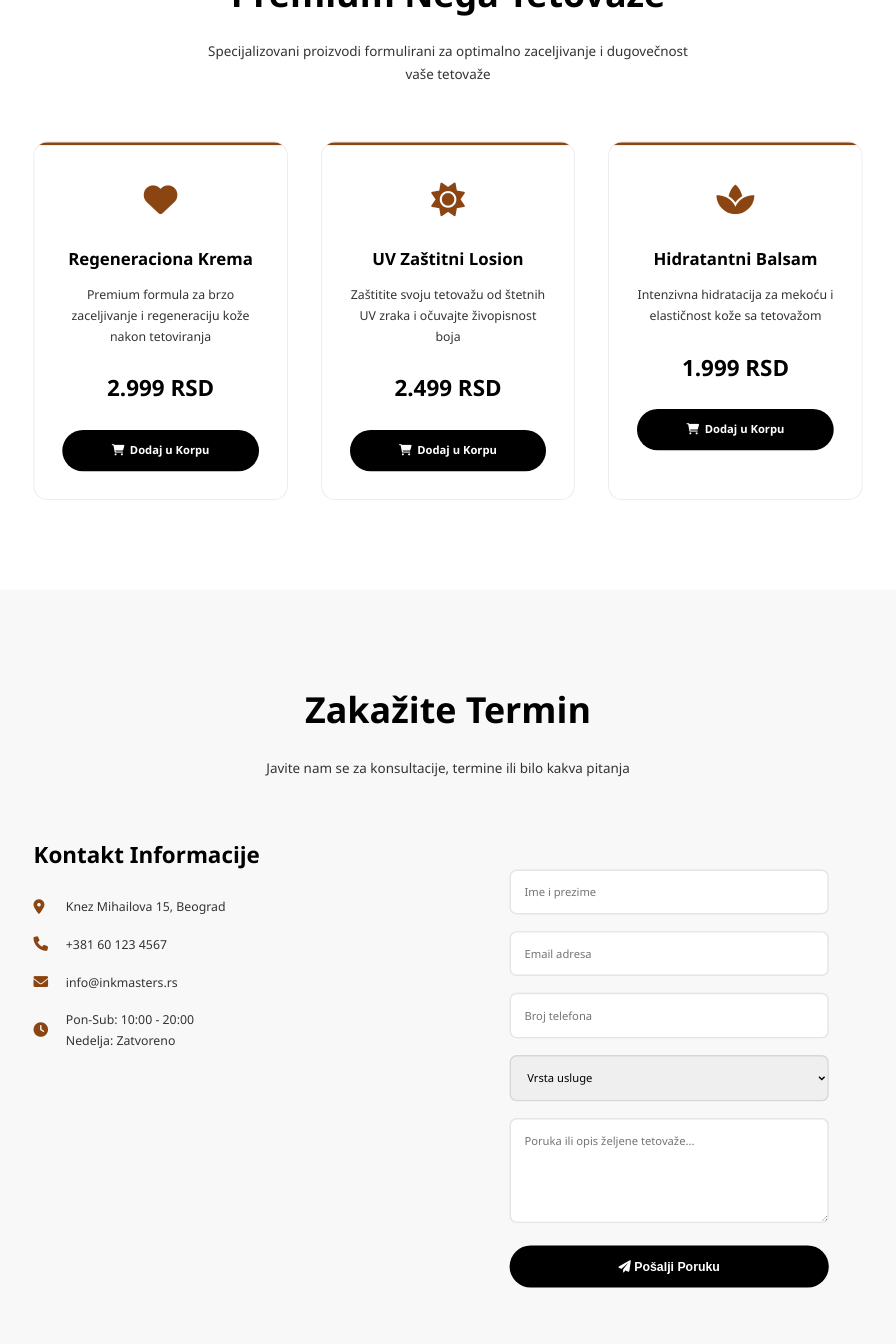
Repository: valemima/tattoo-website
Page: index.html
The author's editor kept a copy of each file at every save. The page is drawn from the files as they stood at one save, then again after the next save.
The browser window is 1280 px wide. The pictures show the part of the page from y = 2726 to 4646 px (the page is 5204 px tall before and 5968 px after), at 70% of full size.
Backgrounds fixed to the window are drawn as part of the page.

Above is the page before, as saved 2025-11-29 20:38:31.

After the next save:
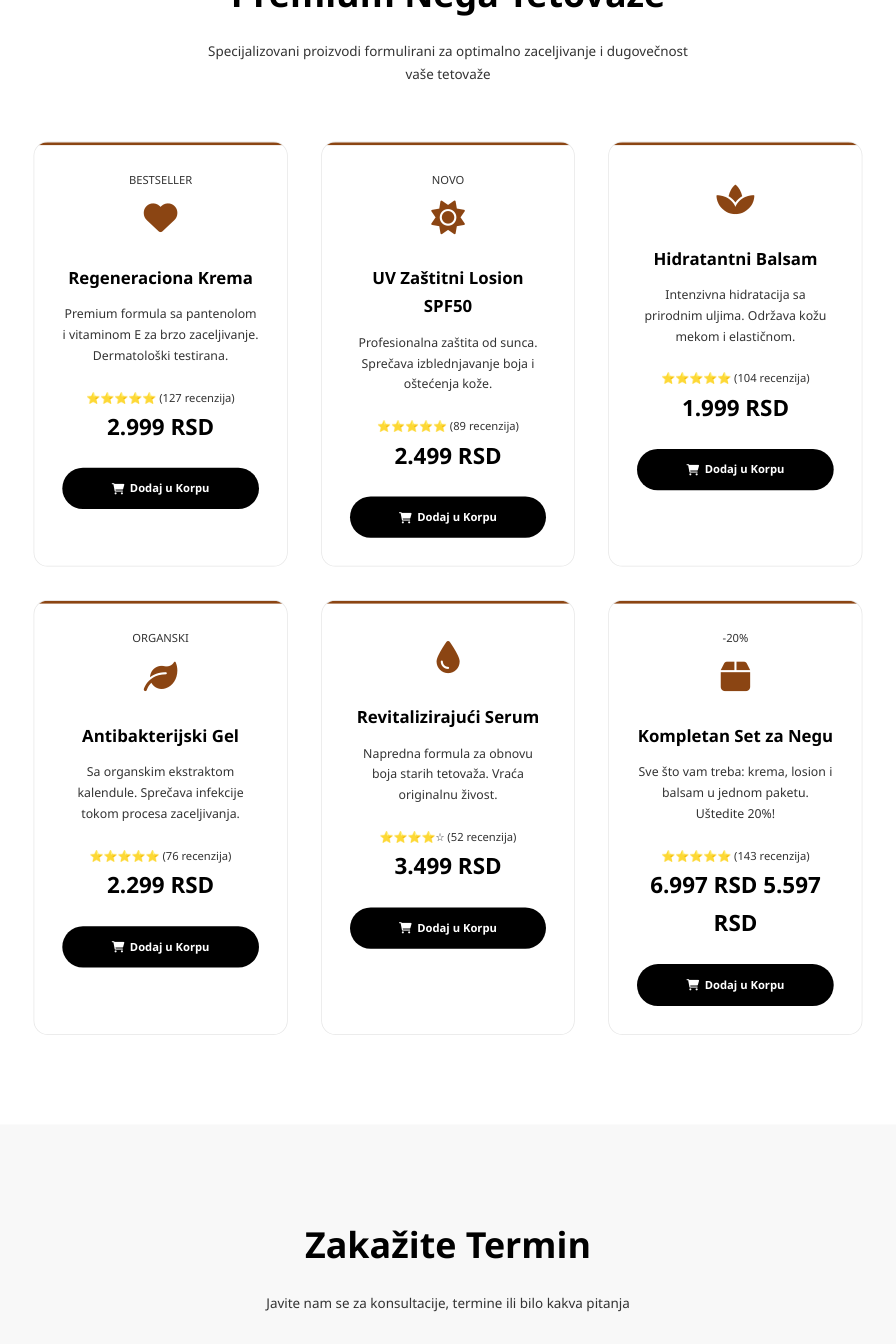
Saved 33 s later.
--- a/index.html
+++ b/index.html
@@ -530,12 +530,14 @@
             <p>Specijalizovani proizvodi formulirani za optimalno zaceljivanje i dugovečnost vaše tetovaže</p>
         </div>
         <div class="products-grid">
-            <div class="product-card">
+            <div class="product-card bestseller">
+                <div class="badge">BESTSELLER</div>
                 <div class="product-icon">
                     <i class="fas fa-heart"></i>
                 </div>
                 <h3>Regeneraciona Krema</h3>
-                <p>Premium formula za brzo zaceljivanje i regeneraciju kože nakon tetoviranja</p>
+                <p>Premium formula sa pantenolom i vitaminom E za brzo zaceljivanje. Dermatološki testirana.</p>
+                <div class="rating">⭐⭐⭐⭐⭐ <span>(127 recenzija)</span></div>
                 <div class="price">2.999 RSD</div>
                 <a href="#" class="buy-button">
                     <i class="fas fa-shopping-cart"></i>
@@ -543,11 +545,13 @@
                 </a>
             </div>
             <div class="product-card">
+                <div class="badge new">NOVO</div>
                 <div class="product-icon">
                     <i class="fas fa-sun"></i>
                 </div>
-                <h3>UV Zaštitni Losion</h3>
-                <p>Zaštitite svoju tetovažu od štetnih UV zraka i očuvajte živopisnost boja</p>
+                <h3>UV Zaštitni Losion SPF50</h3>
+                <p>Profesionalna zaštita od sunca. Sprečava izblednјavanje boja i oštećenja kože.</p>
+                <div class="rating">⭐⭐⭐⭐⭐ <span>(89 recenzija)</span></div>
                 <div class="price">2.499 RSD</div>
                 <a href="#" class="buy-button">
                     <i class="fas fa-shopping-cart"></i>
@@ -559,8 +563,50 @@
                     <i class="fas fa-spa"></i>
                 </div>
                 <h3>Hidratantni Balsam</h3>
-                <p>Intenzivna hidratacija za mekoću i elastičnost kože sa tetovažom</p>
+                <p>Intenzivna hidratacija sa prirodnim uljima. Održava kožu mekom i elastičnom.</p>
+                <div class="rating">⭐⭐⭐⭐⭐ <span>(104 recenzija)</span></div>
                 <div class="price">1.999 RSD</div>
+                <a href="#" class="buy-button">
+                    <i class="fas fa-shopping-cart"></i>
+                    Dodaj u Korpu
+                </a>
+            </div>
+            <div class="product-card">
+                <div class="badge organic">ORGANSKI</div>
+                <div class="product-icon">
+                    <i class="fas fa-leaf"></i>
+                </div>
+                <h3>Antibakterijski Gel</h3>
+                <p>Sa organskim ekstraktom kalendule. Sprečava infekcije tokom procesa zaceljivanja.</p>
+                <div class="rating">⭐⭐⭐⭐⭐ <span>(76 recenzija)</span></div>
+                <div class="price">2.299 RSD</div>
+                <a href="#" class="buy-button">
+                    <i class="fas fa-shopping-cart"></i>
+                    Dodaj u Korpu
+                </a>
+            </div>
+            <div class="product-card">
+                <div class="product-icon">
+                    <i class="fas fa-tint"></i>
+                </div>
+                <h3>Revitalizirajući Serum</h3>
+                <p>Napredna formula za obnovu boja starih tetovaža. Vraća originalnu živost.</p>
+                <div class="rating">⭐⭐⭐⭐☆ <span>(52 recenzija)</span></div>
+                <div class="price">3.499 RSD</div>
+                <a href="#" class="buy-button">
+                    <i class="fas fa-shopping-cart"></i>
+                    Dodaj u Korpu
+                </a>
+            </div>
+            <div class="product-card">
+                <div class="badge sale">-20%</div>
+                <div class="product-icon">
+                    <i class="fas fa-box"></i>
+                </div>
+                <h3>Kompletan Set za Negu</h3>
+                <p>Sve što vam treba: krema, losion i balsam u jednom paketu. Uštedite 20%!</p>
+                <div class="rating">⭐⭐⭐⭐⭐ <span>(143 recenzija)</span></div>
+                <div class="price"><span class="old-price">6.997 RSD</span> 5.597 RSD</div>
                 <a href="#" class="buy-button">
                     <i class="fas fa-shopping-cart"></i>
                     Dodaj u Korpu
